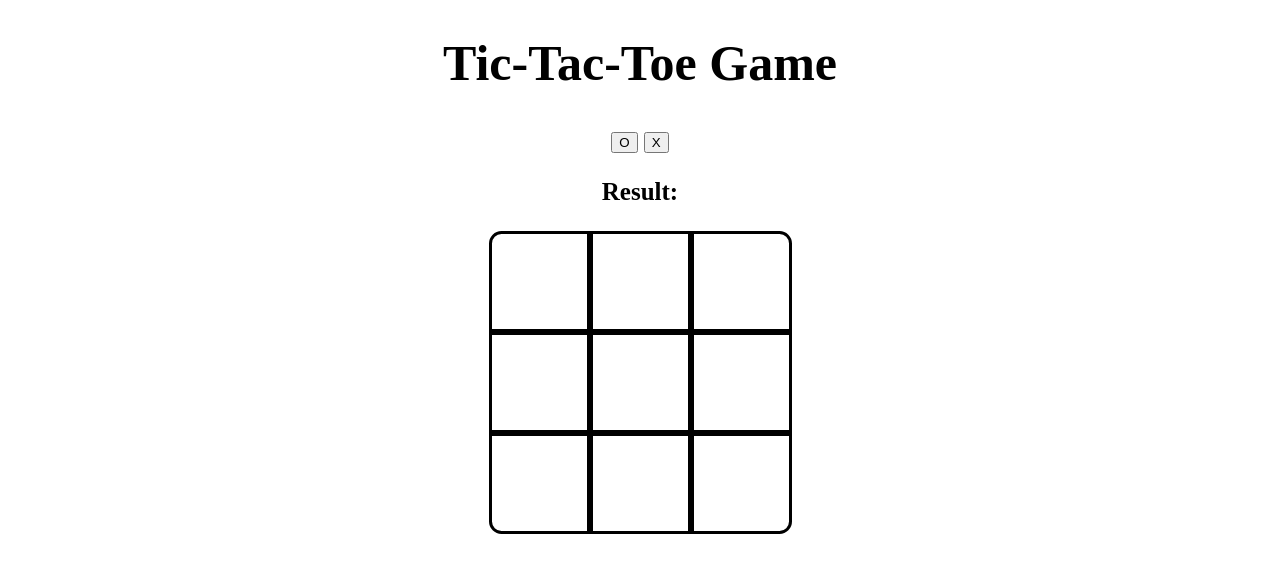
Repository: 0101chaitanya/Tic-Tac-Toe
Page: index.html
These files come from the project's save history. The page is drawn as it stood at one moment and after the next save; the edit follows.
The browser window is 1280 px wide. The pictures show the whole page.

Above is the page before, as saved 2021-06-10 12:58:33.

After the next save:
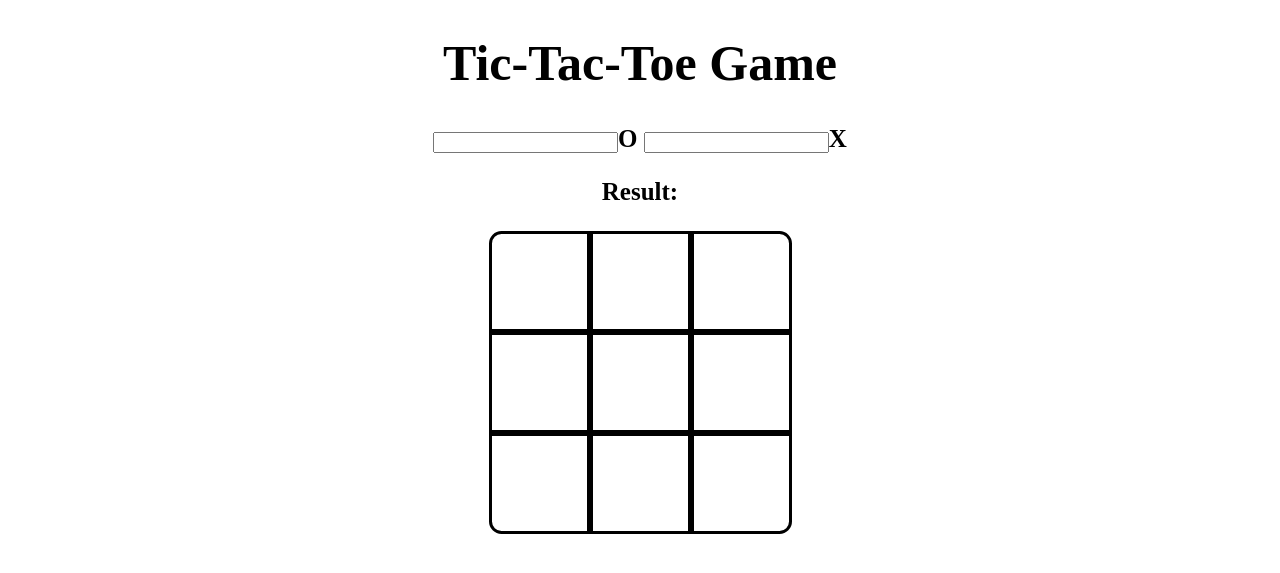
Saved 61 s later.
--- a/index.html
+++ b/index.html
@@ -10,8 +10,8 @@
 <body>
     <h1 id="heading">Tic-Tac-Toe Game</h1>
     <div>
-        <button id="oButton" type="button">O</button>
-        <button id='xButton' type="button">X</button>
+        <input id="oinput" type="input">O</input>
+        <input id='xinput' type="input">X</input>
 
     </div>
     <div id="Output">
